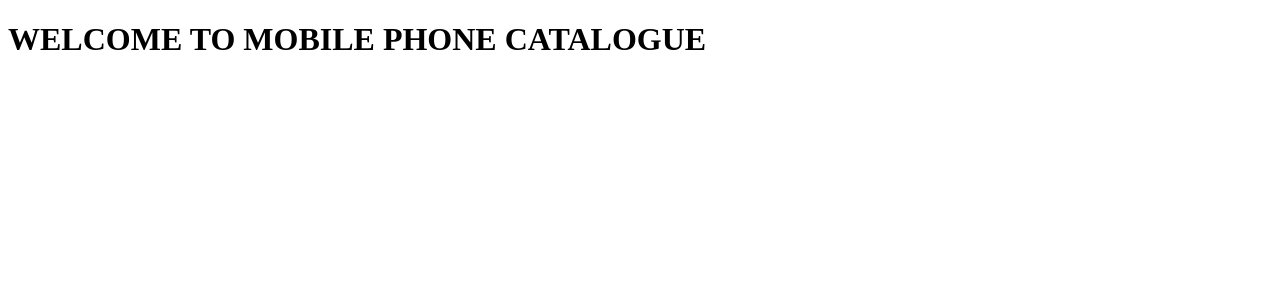
Repository: nikhilbad7/jsp-practicals
Page: classwork/WebContent/exp15.html
These files come from the project's save history. The page is drawn as it stood at one moment and after the next save; the edit follows.
The browser window is 1280 px wide. The pictures show the whole page.

Above is the page before, as saved 2018-04-12 16:58:17.

After the next save:
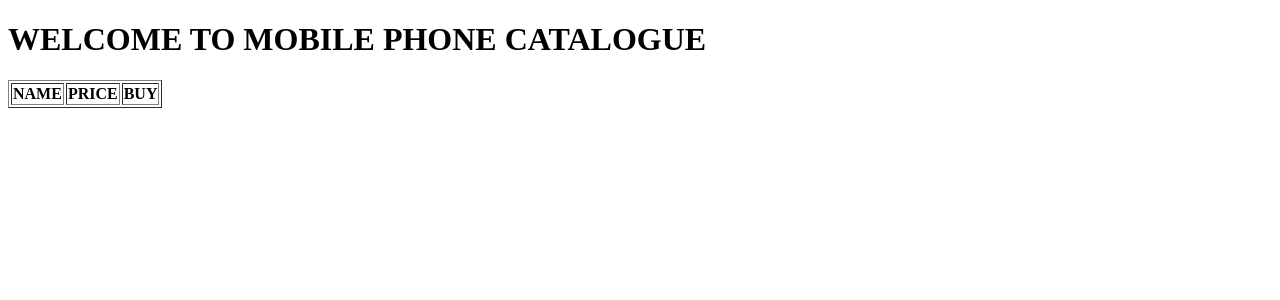
Saved 77 s later.
--- a/classwork/WebContent/exp15.html
+++ b/classwork/WebContent/exp15.html
@@ -5,5 +5,10 @@
 	</head>
 	<body>
 		<h1>WELCOME TO MOBILE PHONE CATALOGUE</h1>
+		<table border=1>
+			<th>NAME</th>
+			<th>PRICE</th>
+			<th>BUY</th>
+		</table>
 	</body>
 </html>
